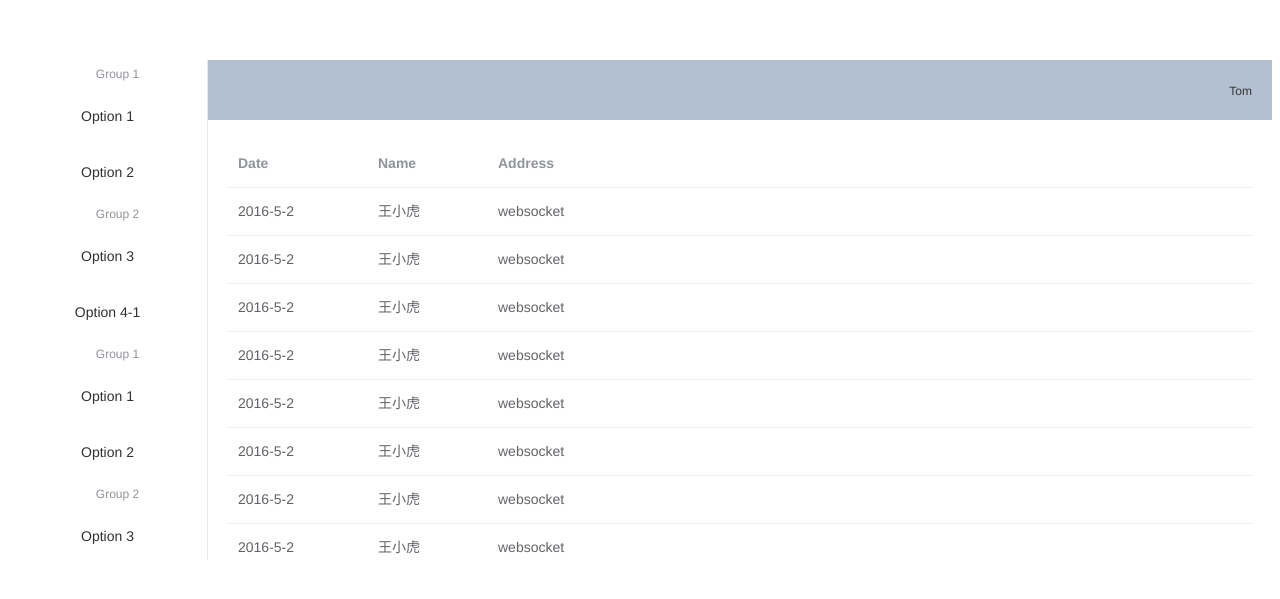
Repository: LiuRuohui/lrh-web
Page: /Home
These files come from the project's save history. The page is drawn as it stood at one moment and after the next save; the edit follows.
The browser window is 1280 px wide. The pictures show the whole page.
An inner scrolling area shows only its first screen. The project was rebuilt for these pictures with package versions that can differ from the ones it lists, and the page was loaded fresh each time. Also part of the build but not shown: vue.config.js.

Above is the page before, as saved 2023-05-30 23:05:20.

After the next save:
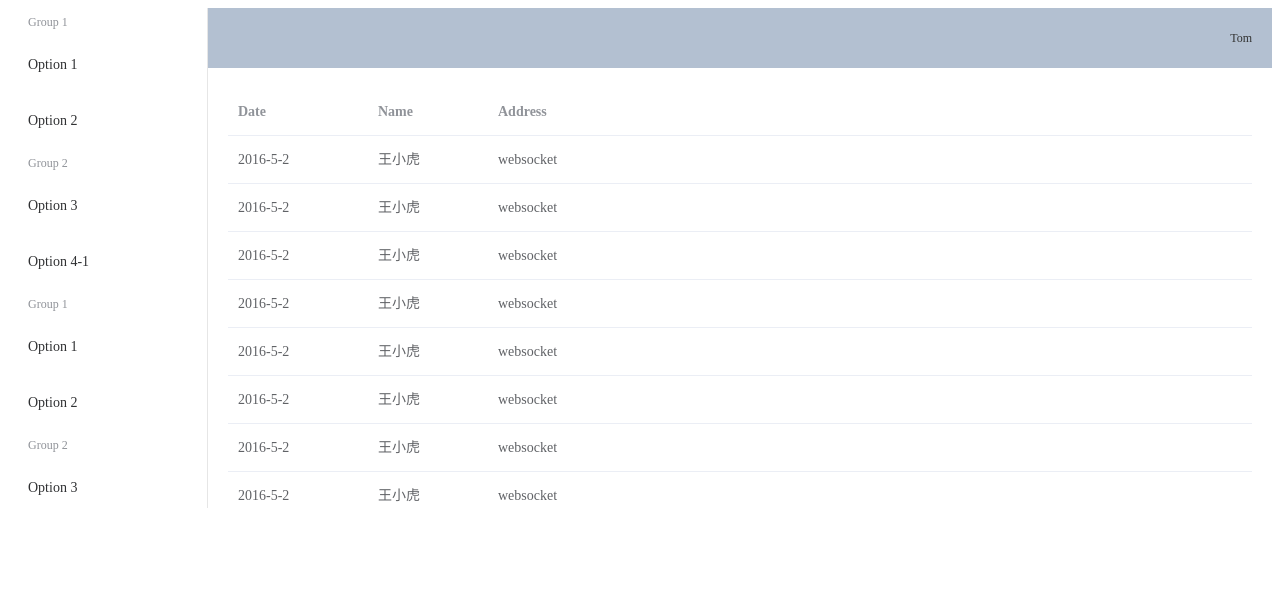
Saved 50 s later.
--- a/src/App.vue
+++ b/src/App.vue
@@ -17,12 +17,5 @@ export default {
 </script>
 
 <style>
-#app {
-  font-family: Avenir, Helvetica, Arial, sans-serif;
-  -webkit-font-smoothing: antialiased;
-  -moz-osx-font-smoothing: grayscale;
-  text-align: center;
-  color: #2c3e50;
-  margin-top: 60px;
-}
+
 </style>
